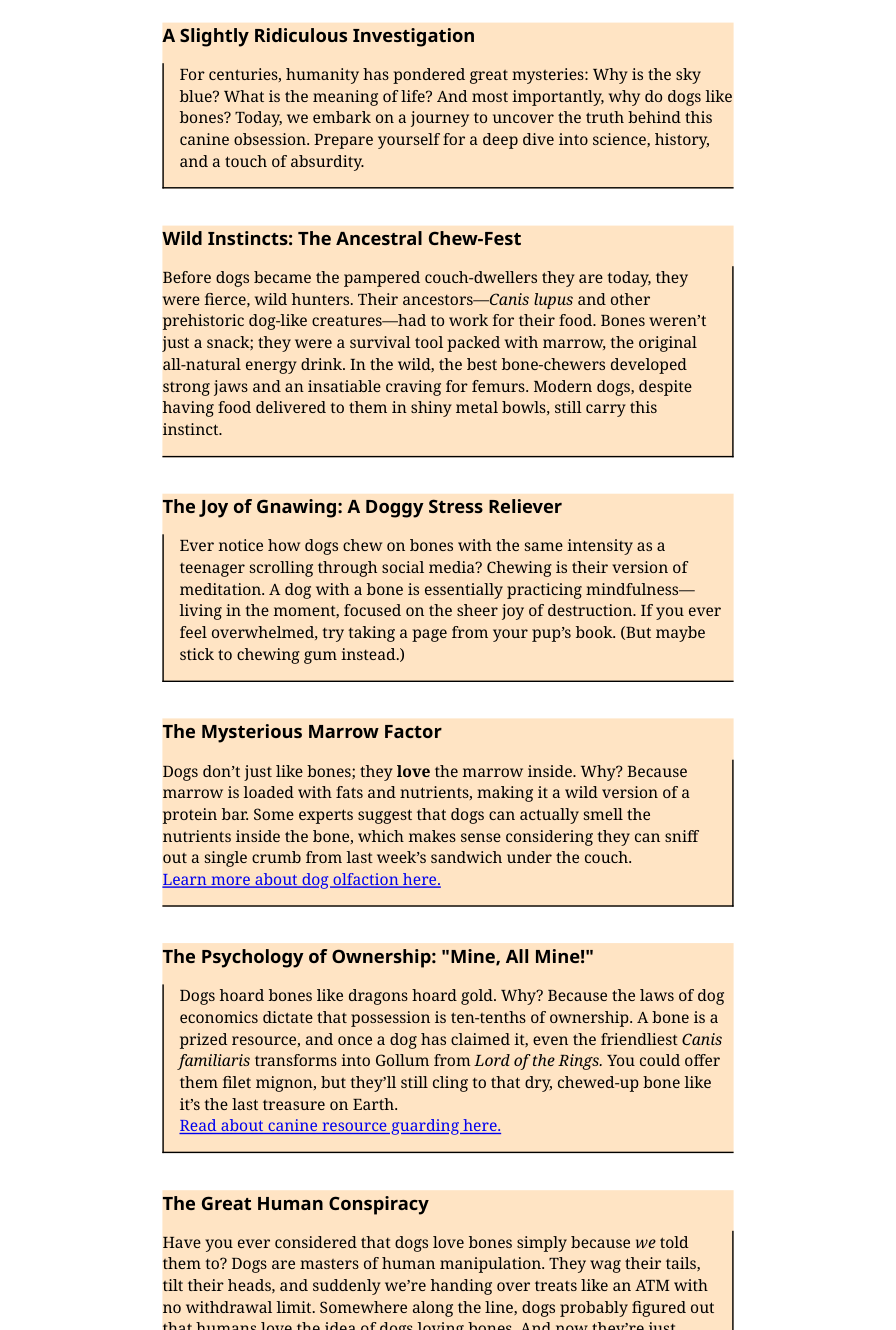
Repository: Leith-vdl/apprentice-challenge-1
Page: index.html
The author's editor kept a copy of each file at every save. The page is drawn from the files as they stood at one save, then again after the next save.
The browser window is 1280 px wide. The pictures show the part of the page from y = 95 to 1995 px (the page is 2408 px tall before and 2940 px after), at 70% of full size.
A picture or video elsewhere on the page could not be fetched, so the positions and the page height are approximate.

Above is the page before, as saved 2025-01-31 16:06:16.

### index.html
<!DOCTYPE html>
<html lang="en">
<head>
    <meta charset="UTF-8">
    <meta name="viewport" content="width=device-width, initial-scale=1.0">
    <title>Why Dogs Love Bones</title>
    <link rel="stylesheet" href="styles/styles.css">
</head>
<body>
    <header class="page-header">
        <img src="/img/giphy.gif" alt="bone gif" class="bone-gif">
        <h1 class="page-header-title">
            Why Dogs Love Bones
        </h1>
    </header>
    <main>
        <section>
            <h3 class="section-title">A Slightly Ridiculous Investigation</h3>
            <p class="section-main-text1">
                For centuries, humanity has pondered great mysteries: Why is the sky blue? What is the
                meaning of life? And most importantly, why do dogs like bones? Today, we embark on a
                journey to uncover the truth behind this canine obsession. Prepare yourself for a deep dive into
                science, history, and a touch of absurdity.
            </p>
        </section>
        <section>
            <h3 class="section-title">Wild Instincts: The Ancestral Chew-Fest</h3>
            <p class="section-main-text">
                Before dogs became the pampered couch-dwellers they are today, they were fierce, wild
                hunters. Their ancestors—<i>Canis lupus</i> and other prehistoric dog-like creatures—had to work for
                their food. Bones weren’t just a snack; they were a survival tool packed with marrow, the
                original all-natural energy drink. In the wild, the best bone-chewers developed strong jaws
                and an insatiable craving for femurs. Modern dogs, despite having food delivered to them in
                shiny metal bowls, still carry this instinct.
            </p>
        </section>
        <section>
            <h3 class="section-title">The Joy of Gnawing: A Doggy Stress Reliever</h3>
            <p class="section-main-text1">
                Ever notice how dogs chew on bones with the same intensity as a teenager scrolling through
                social media? Chewing is their version of meditation. A dog with a bone is essentially practicing
                mindfulness—living in the moment, focused on the sheer joy of destruction. If you ever feel
                overwhelmed, try taking a page from your pup’s book. (But maybe stick to chewing gum
                instead.)
            </p>
        </section>
        <section>
            <h3 class="section-title">The Mysterious Marrow Factor</h3>
            <p class="section-main-text">
                Dogs don’t just like bones; they <b>love</b> the marrow inside. Why? Because marrow is loaded with
                fats and nutrients, making it a wild version of a protein bar. Some experts suggest that dogs
                can actually smell the nutrients inside the bone, which makes sense considering they can sniff
                out a single crumb from last week’s sandwich under the couch.<br>
                <a href="https://vcahospitals.com/know-your-pet/how-dogs-use-smell-to-perceive-the-world" target="_blank">Learn more about dog olfaction here.</a>
            </p>
        </section>
        <section>
            <h3 class="section-title">The Psychology of Ownership: "Mine, All Mine!"</h3>
            <p class="section-main-text1">
                Dogs hoard bones like dragons hoard gold. Why? Because the laws of dog economics dictate
                that possession is ten-tenths of ownership. A bone is a prized resource, and once a dog has
                claimed it, even the friendliest <i>Canis familiaris</i> transforms into Gollum from <i>Lord of the Rings.</i>
                You could offer them filet mignon, but they’ll still cling to that dry, chewed-up bone like it’s the
                last treasure on Earth.<br>
                <a href="https://www.battersea.org.uk/pet-advice/dog-advice/dealing-resource-guarding?gad_source=1&gclid=Cj0KCQiAhvK8BhDfARIsABsPy4h3CRlVVPVANZfAc-HngzDTwKg5KUgeNuAmZD8EIJDuwS7ktlBpRYQaAjNyEALw_wcB" target="_blank">Read about canine resource guarding here.</a>
            </p>
        </section>
        <section>
            <h3 class="section-title">The Great Human Conspiracy</h3>
            <p class="section-main-text">
                Have you ever considered that dogs love bones simply because <i>we</i> told them to? Dogs are
                masters of human manipulation. They wag their tails, tilt their heads, and suddenly we’re
                handing over treats like an ATM with no withdrawal limit. Somewhere along the line, dogs
                probably figured out that humans love the idea of dogs loving bones. And now they’re just
                playing along to keep the gravy train rolling. Clever pups.
            </p>
        </section>
        <section>
            <h3 class="section-title1">Conclusion: The Bone-Afide Truth</h3>
            <p class="section-main-text">
                So why do dogs love bones? Wild instincts, stress relief, nutrition, ownership instincts, and
                possibly a grand canine conspiracy. Whether it’s a remnant of their <i>Canis lupus</i> ancestry or an
                elaborate ruse, one thing is clear: dogs and bones are a match made in heaven. And honestly,
                who can blame them?
            </p>
        </section>
    </main>
    <footer class="page-footer">
        <p>
            <a href="https://en.wikipedia.org/wiki/Dog_behavior" target="_blank">Further reading on canine behavior.</a>
        </p>
    </footer>
</body>
</html>

### styles/styles.css
body {
    font-size: 1.4em;
    font-family: Georgia, 'Times New Roman', Times, serif
}

main {
    margin: 0 10em;
}

img.bone-gif, h1.page-header-title {
    width: 4em;
    height: auto;
    display: inline;
    vertical-align: middle;
}

header.page-header, footer.page-footer {
    margin: 0 0 0 2em;
}

h1.page-header-title, h3.section-title {
    font-family: 'Segoe UI', Tahoma, Geneva, Verdana, sans-serif;
    margin-bottom: 0.2em;
}

section {
    background-color: bisque;
    border: 1em;
}

h3.section-title {
    margin-top: 2em;
}

p.section-main-text, p.section-main-text1 {
    border-bottom: 2px solid black;
}

p.section-main-text1 {
    padding: 0 0 1em 1em;
    border-left: 2px solid black;
}

p.section-main-text {
    padding: 0 1em 1em 0;
    border-right: 2px solid black;
}

After the next save:
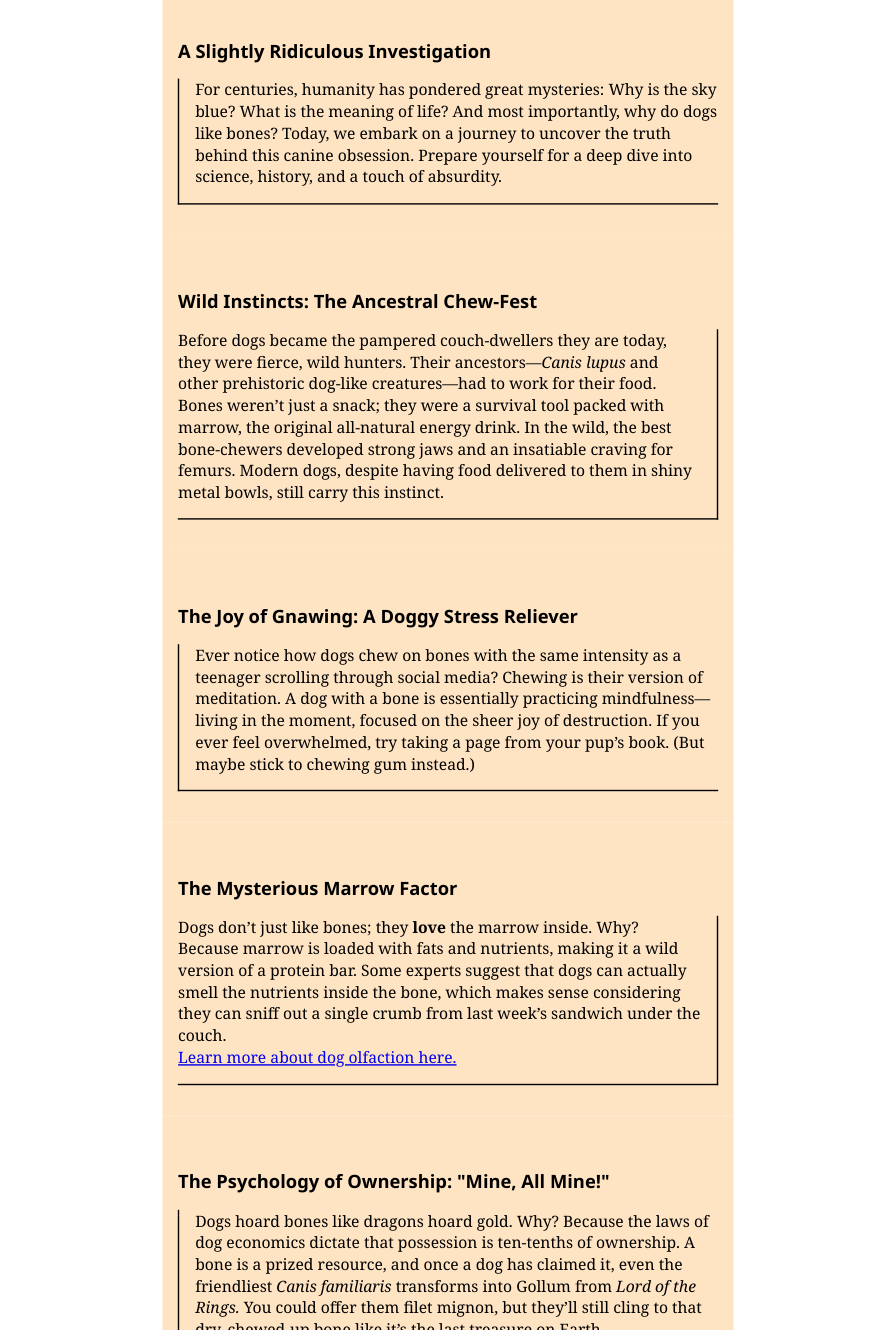
Saved 34 s later.
--- a/styles/styles.css
+++ b/styles/styles.css
@@ -25,7 +25,7 @@ h1.page-header-title, h3.section-title {
 
 section {
     background-color: bisque;
-    border: 1em;
+    padding: 1em;
 }
 
 h3.section-title {
